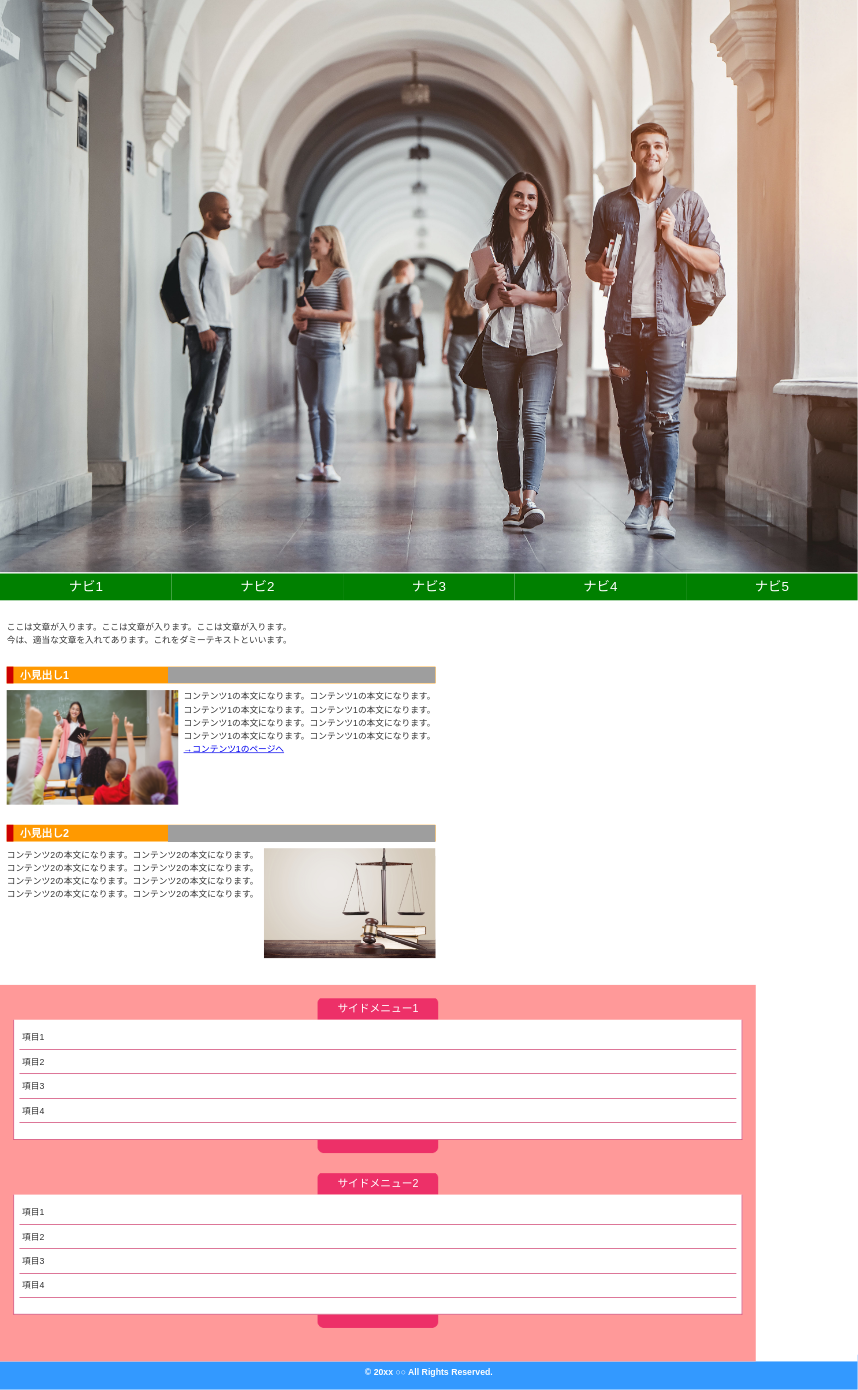
Repository: neomiyake/samurai_HTML-CSS
Page: 4章/home.html
The author's editor kept a record of every edit. The page is drawn from the files as they stood at one moment, then again after the next edit.
The browser window is 1280 px wide. The pictures show the whole page, at 67% of full size.
Pictures or frames that could not be fetched are drawn as grey boxes.

Above is the page before.

After the next edit:
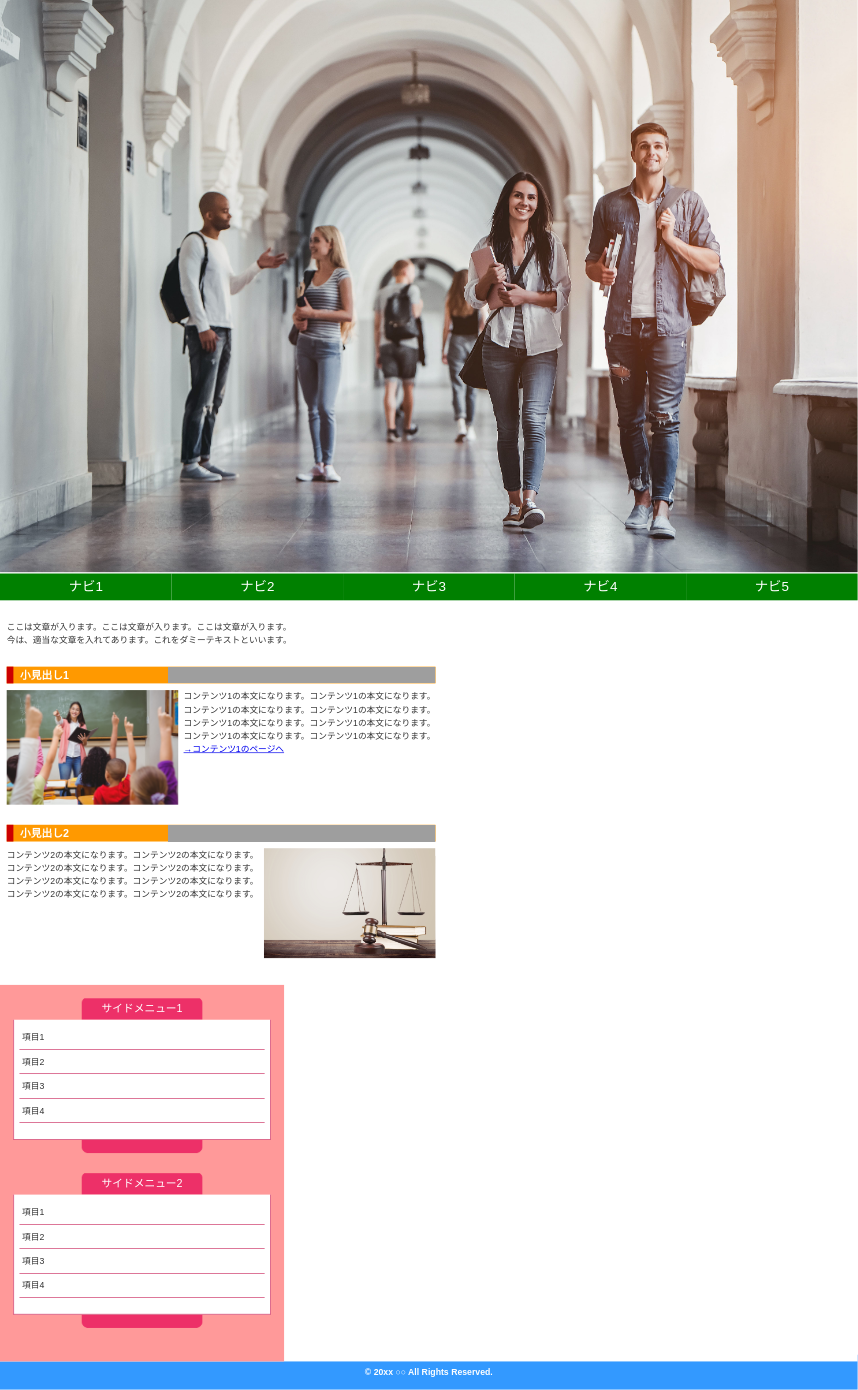
The edit:
--- a/4章/stylesheet.css
+++ b/4章/stylesheet.css
@@ -139,7 +139,7 @@
 
  /* -------------------- side -------------------- */
  #side {
-     width: 85%; /*containerにグリッド追加に伴い追加*/
+     width: 30%; /*containerにグリッド追加に伴い追加*/
  	 /*float: right;*/ /*containerにグリッド追加に伴いコメントアウト*/
  	 /*width: 30%;*/ /*containerにグリッド追加に伴いコメントアウト*/
  	 padding: 20px;
